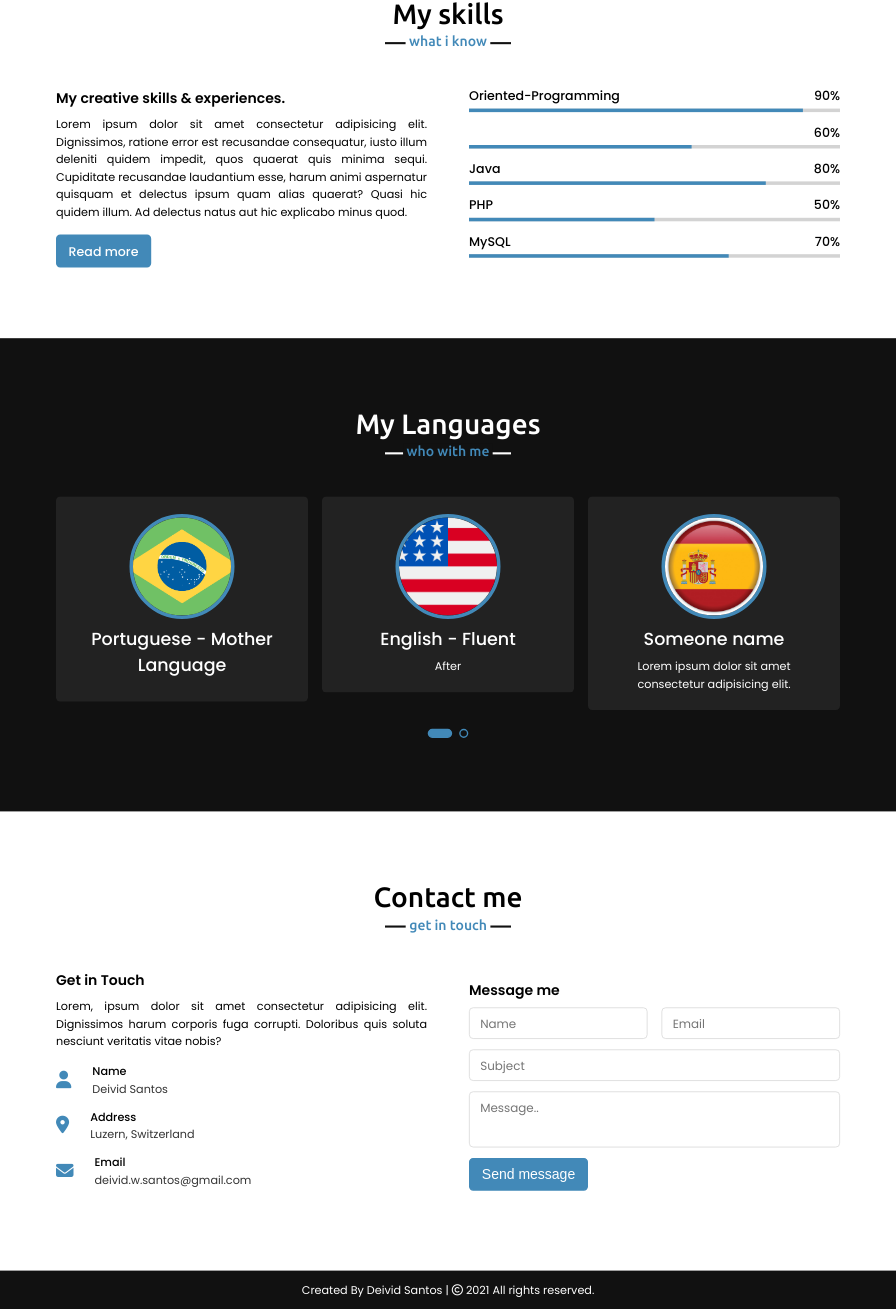
Repository: deividwsantoss/portfolio
Page: index.html
An editor plug-in stored every save of this project. The page is shown before and after the next save, followed by the edit.
The browser window is 1280 px wide. The pictures show the part of the page from y = 2203 to 4123 px (the page is 4073 px tall before and 4123 px after), at 70% of full size.
Some web libraries are served in a nearby version.

Above is the page before, as saved 2021-03-02 09:14:52.

After the next save:
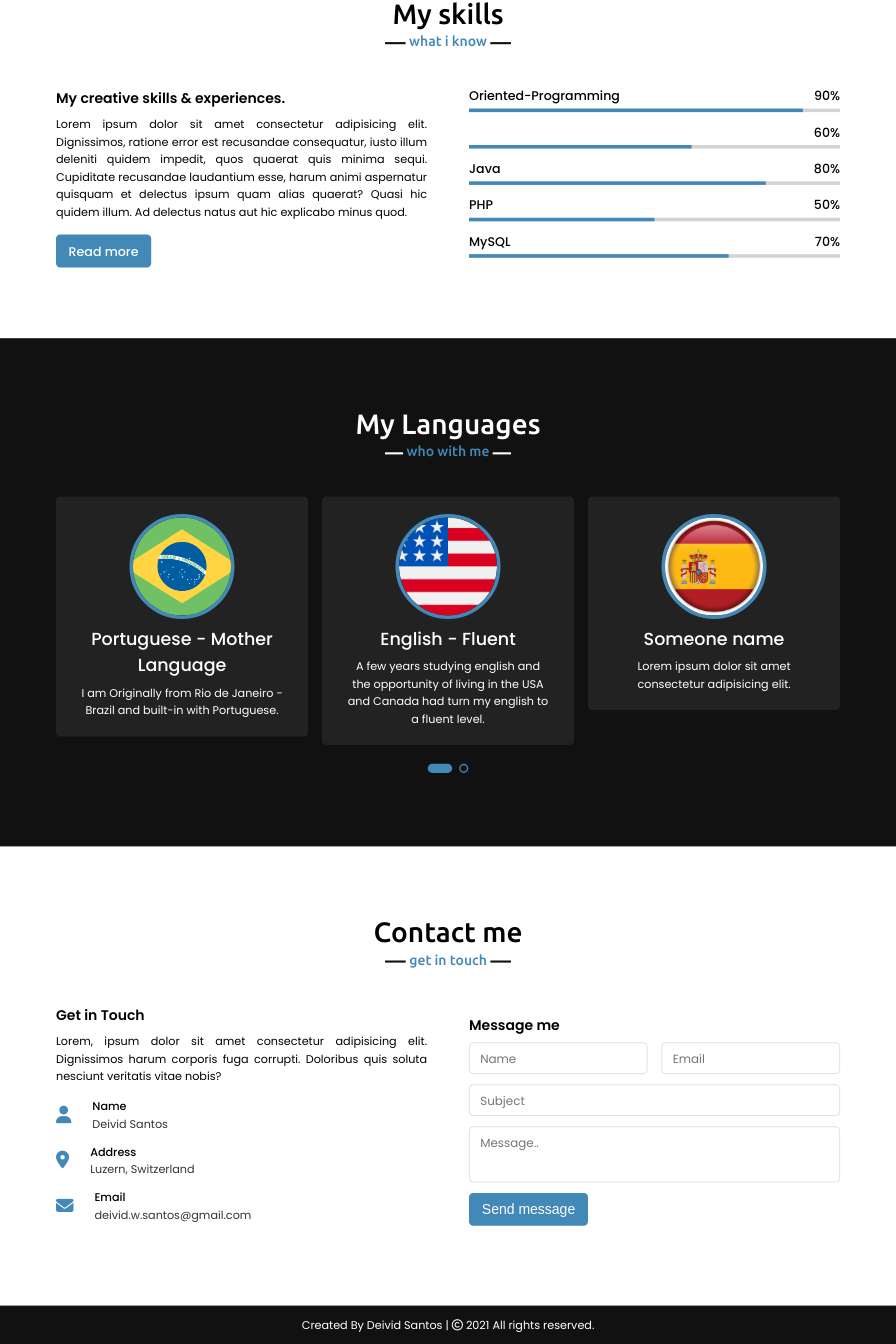
Saved 3 min 42 s later.
--- a/index.html
+++ b/index.html
@@ -147,14 +147,14 @@
                 <div class="box">
                     <img src="images/brazil.jpg" alt="">
                     <div class="text">Portuguese - Mother Language</div>
-
+                    <p>I am Originally from Rio de Janeiro - Brazil and built-in with Portuguese.</p>
                 </div>
             </div>
             <div class="card">
                 <div class="box">
                     <img src="images/usa.png" alt="">
                     <div class="text">English - Fluent</div>
-                    <p>After </p>
+                    <p>A few years studying english and the opportunity of living in the USA and Canada had turn my english to a fluent level.  </p>
                 </div>
             </div>
             <div class="card">
